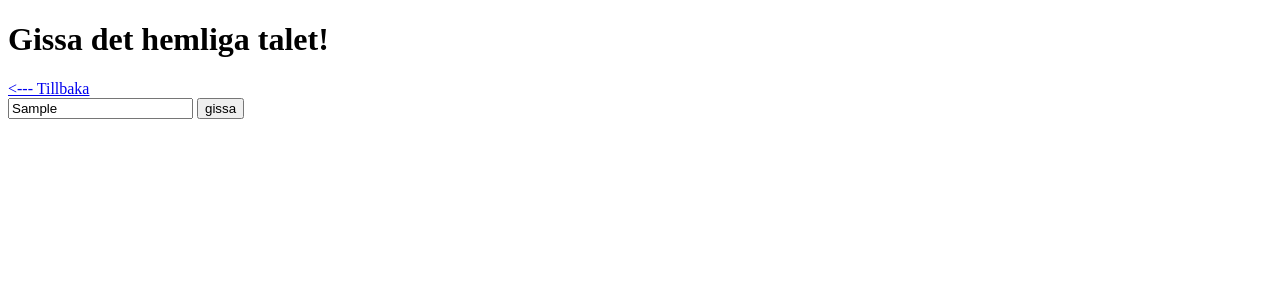
Repository: LindaOtt/1dv403-lo222hd-laborationer
Page: 1-vandalen/guess/index.html
The author's editor kept a record of every edit. The page is drawn from the files as they stood at one moment, then again after the next edit.
The browser window is 1280 px wide. The pictures show the whole page.
Empty fields were first filled with sample values (such as "Sample", 5 or name@example.com).
After loading, the first visible `#send` was clicked once.

Above is the page before.
Console error: TypeError: Cannot read properties of undefined (reading '1')

### 1-vandalen/guess/index.html
<!DOCTYPE html>
<html lang="sv">
<head>
	<meta charset="UTF-8" />
 	<title>JavaScript - Gissa det hemliga talet</title>
</head>
    <body>
        <h1>Gissa det hemliga talet!</h1>
        <a href="../index.html">&lt;--- Tillbaka</a>
 		<form>
 			<input type="text" id="number" /> <input id="send" type="submit" value="gissa" />
 			<p id="value"></p>
		</form>

        <p class="innerHTML"></p>
    	<script src="script.js"></script>

    </body>
</html>

### 1-vandalen/guess/script.js
"use strict";

window.onload = function(){

	var secret = Math.floor( Math.random() * (100-1)+1 )+1; Math.floor( Math.random() * (100-1)+1) + 1; Math.floor( Math.random() * 100)+1;

	// I denna funktion ska du skriva koden för att hantera "spelet"
	var guess = function(number){
		console.log("Det hemliga talet: " + secret); // Du når den yttre variabeln secret innifrån funktionen.
		console.log("Du gissade: " + number); // Detta nummer är det som användaren gissade på.

		// Skapar en lokal array answer som ska returneras från funktionen
		var answer = [];

		//Jämför det gissade talet med det hemliga talet
		switch (true) {
			case number < secret:
				alert("Det gissade talet är för lågt. Hemliga talet: " + secret);
				answer[1] = "Det gissade talet är för lågt. Gissa igen!";
				return answer;

			case number > secret:
				alert("Det gissade talet är för högt. Hemliga talet: " + secret);
				answer[1] = "Det gissade talet är för högt. Gissa igen!";
				return answer;

			default:
				alert("Du gissade rätt!");
		}



		// Returnera exempelvis:
		// [true, "Grattis du vann! Det hemliga talet var X och du behövde Y gissningar för att hitta det."]
		// [false, "Det hemliga talet är högre!"]
		// [false, "Det hemliga talet är lägre!"]
		// [false, "Talet är utanför intervallet 0 - 100"]
	};

	// ------------------------------------------------------------------------------



	// Kod för att hantera utskrift och inmatning. Denna ska du inte behöva förändra
	var p = document.querySelector("#value"); // Referens till DOM-noden med id="#value"
	var input = document.querySelector("#number");
	var submit = document.querySelector("#send");

	// Vi kopplar en eventhanterare till formulärets skickaknapp som kör en anonym funktion.
	submit.addEventListener("click", function(e){
		e.preventDefault(); // Hindra formuläret från att skickas till servern. Vi hanterar allt på klienten.

		var answer = guess(input.value); // Läser in talet från textrutan och skickar till funktionen "guess"
		p.innerHTML = answer[1];		// Skriver ut texten från arrayen som skapats i funktionen.

		if(answer[0] === true){				// Om spelet är slut, avaktivera knappen.
			submit.disabled = true;
		}

	});
};

After the next edit:
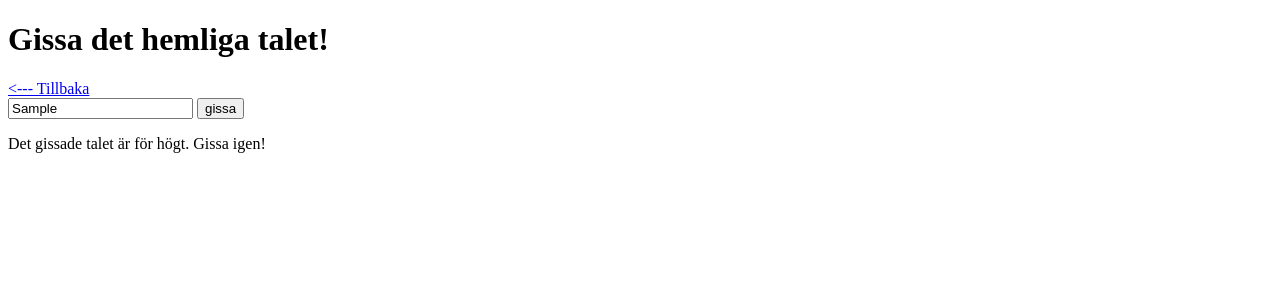
The error is gone.
The edit:
--- a/1-vandalen/guess/script.js
+++ b/1-vandalen/guess/script.js
@@ -26,6 +26,8 @@
 
 			default:
 				alert("Du gissade rätt!");
+				answer[1] = "Det gissade talet är för högt. Gissa igen!";
+				return answer;
 		}
 
 
